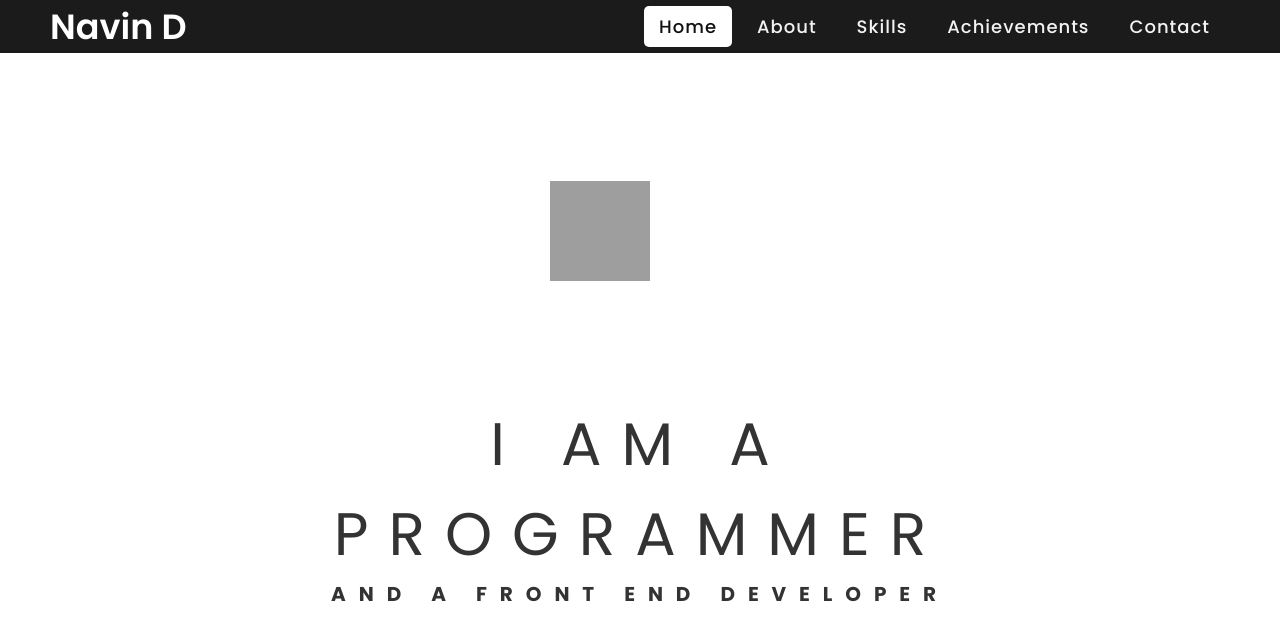
Repository: NavinDayanithi/OIBSIP
Page: Portfolio/index.html
An editor plug-in stored every save of this project. The page is shown before and after the next save, followed by the edit.
The browser window is 1280 px wide. The pictures show the whole page.
Pictures or frames that could not be fetched are drawn as grey boxes.

Above is the page before, as saved 2023-02-15 10:33:46.

After the next save:
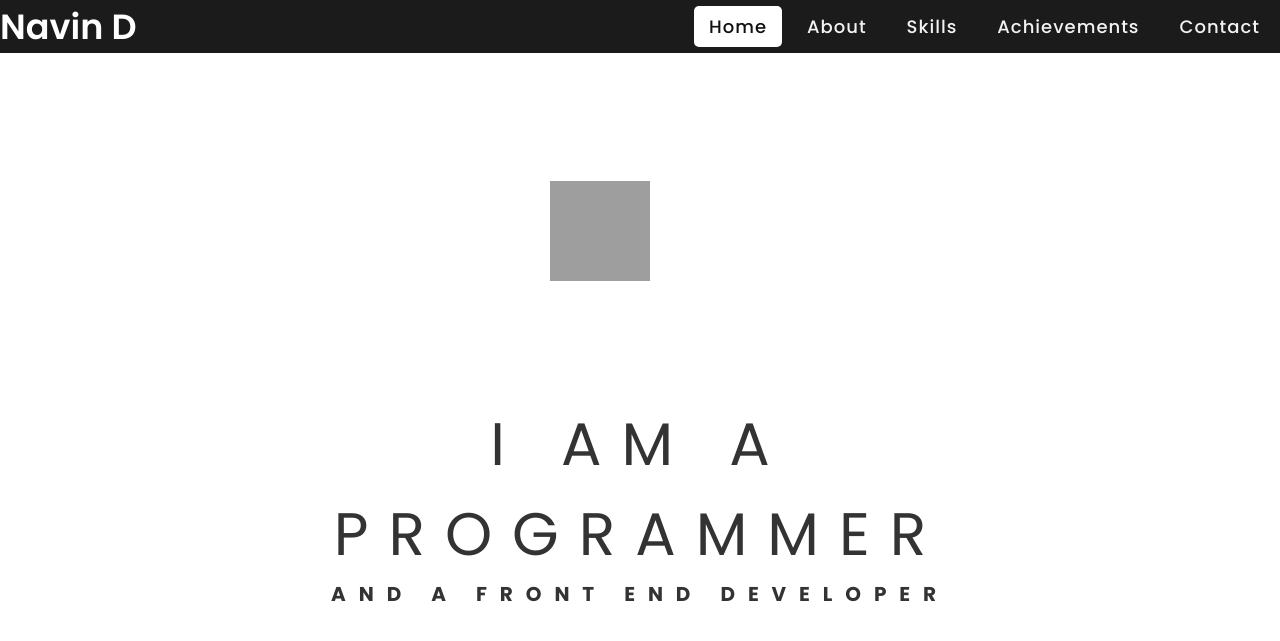
Saved 12 s later.
--- a/Portfolio/style.css
+++ b/Portfolio/style.css
@@ -12,7 +12,7 @@
   background: #1b1b1b;
   align-items: center;
   justify-content: space-between;
-  padding: 0 50px 0 50px;
+  /* padding: 0 50px 0 50px; */
   flex-wrap: wrap;
 }
 nav .logo{
